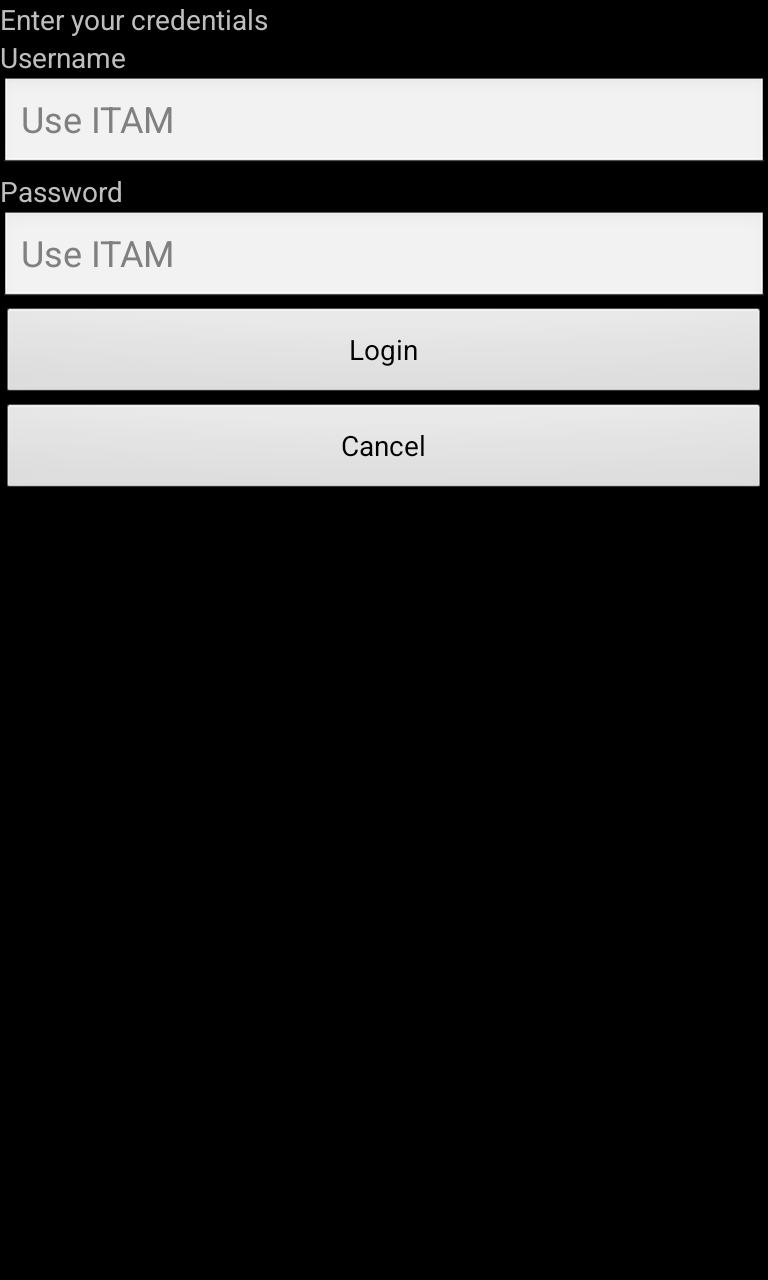
Repository: cogitovsmachina/Curso-Android-en-ITAM
Layout: SimpleLoginForm/res/layout/main.xml
These files come from the project's save history. The layout is drawn as it stood at one moment and after the next save; the edit follows.
It is drawn on a 768 x 1280 px phone screen (xhdpi) without system bars, with theme android:Theme; the app's code is not run.

Above is the layout before, as saved 2011-07-05 14:48:44.

### SimpleLoginForm/res/layout/main.xml
<?xml version="1.0" encoding="utf-8"?>
<LinearLayout xmlns:android="http://schemas.android.com/apk/res/android"
    android:orientation="vertical"
    android:layout_width="fill_parent"
    android:layout_height="fill_parent"
    >
<TextView
    android:layout_width="fill_parent"
    android:layout_height="wrap_content"
    android:text="@string/hello"
    />
<TextView
    android:layout_width="fill_parent"
    android:layout_height="wrap_content"
    android:text="Username"
    />
 <EditText
    android:layout_width="fill_parent"
    android:layout_height="wrap_content"
    android:hint="Use ITAM"
    android:id="@+id/username"
    />
<TextView
    android:layout_width="fill_parent"
    android:layout_height="wrap_content"
    android:text="Password"
    />
    <EditText
    android:layout_width="fill_parent"
    android:layout_height="wrap_content"
    android:hint="Use ITAM"
    android:id="@+id/password"
    />
<Button
    android:layout_width="fill_parent"
    android:layout_height="wrap_content"
    android:text="Login"
    android:id="@+id/loginbutton"
    />
<Button
    android:layout_width="fill_parent"
    android:layout_height="wrap_content"
    android:text="Cancel"
    android:id="@+id/cancelbutton"
    />
</LinearLayout>

### SimpleLoginForm/res/values/strings.xml
<?xml version="1.0" encoding="utf-8"?>
<resources>
    <string name="hello">Enter your credentials</string>
    <string name="app_name">SimpleLoginForm</string>
</resources>

After the next save:
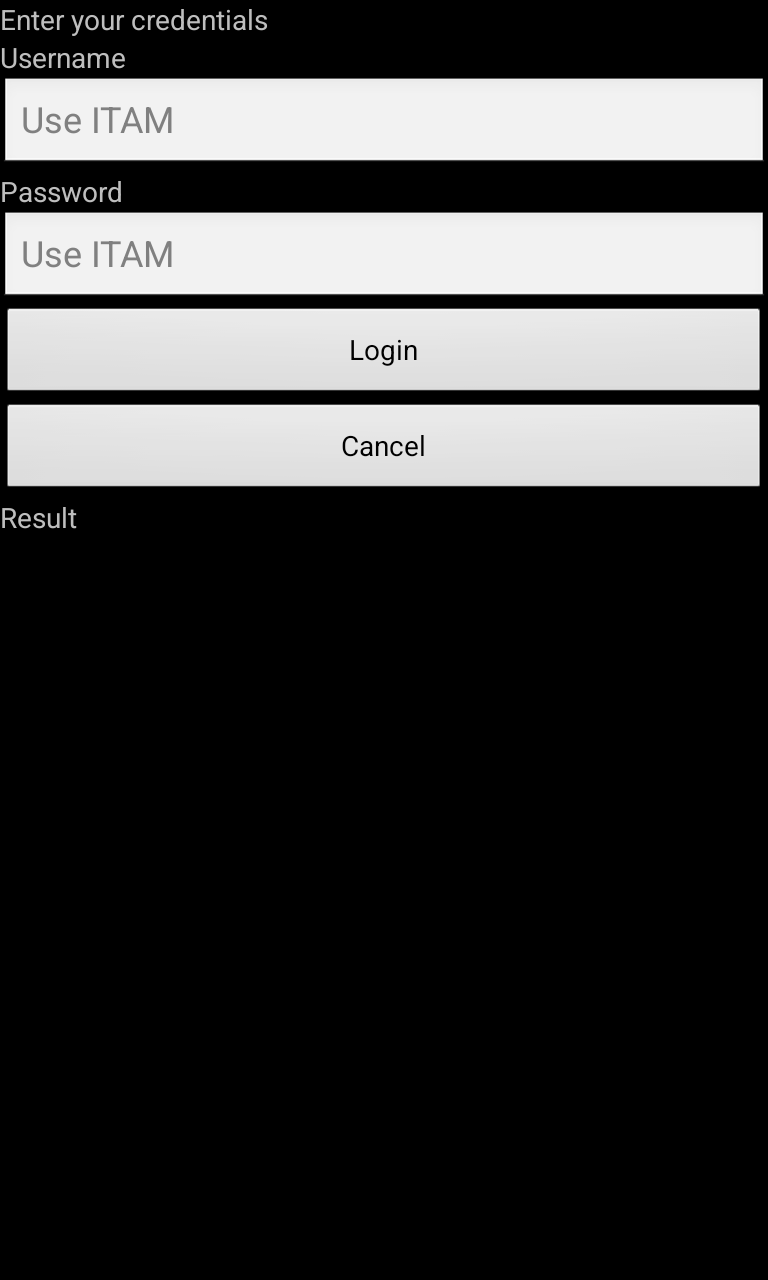
Saved 31 s later.
--- a/SimpleLoginForm/res/layout/main.xml
+++ b/SimpleLoginForm/res/layout/main.xml
@@ -43,4 +43,9 @@
     android:text="Cancel"
     android:id="@+id/cancelbutton"
     />
+    <TextView
+    android:layout_width="fill_parent"
+    android:layout_height="wrap_content"
+    android:text="Result"
+    />
 </LinearLayout>

After the save that followed:
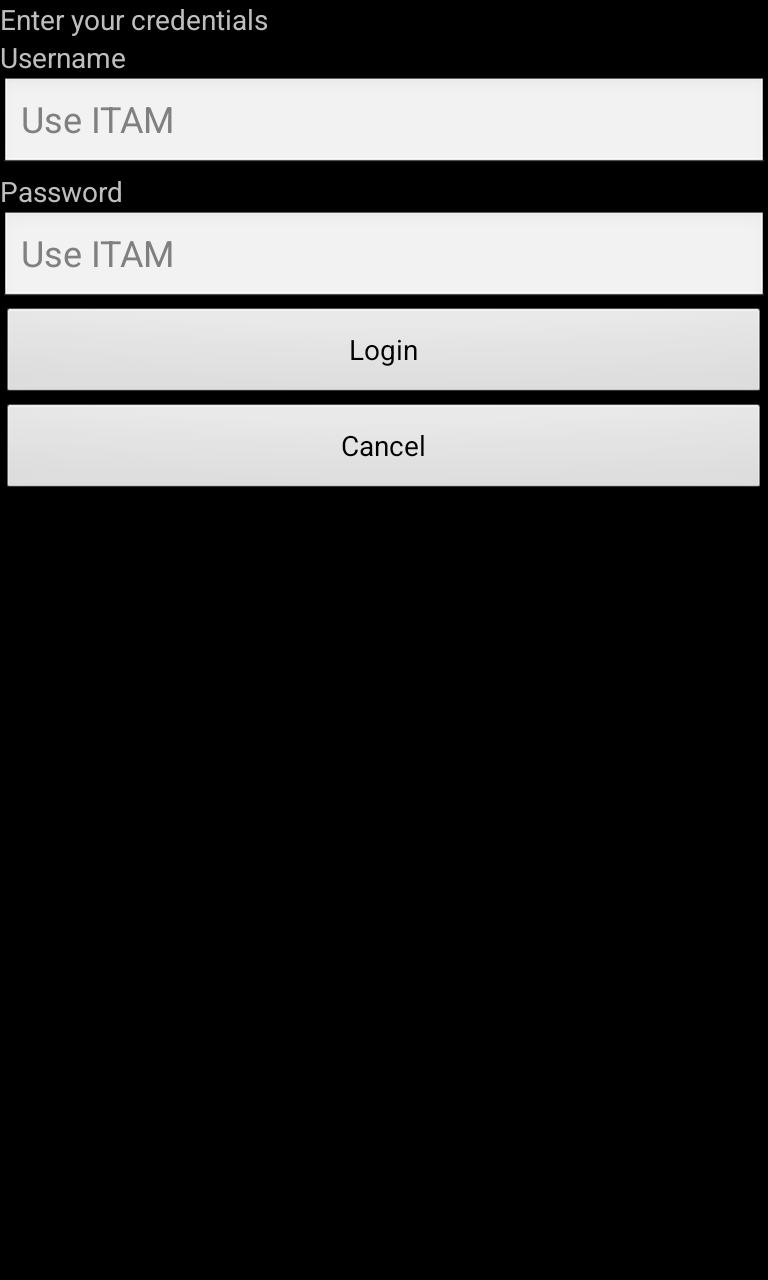
Saved 33 s later.
--- a/SimpleLoginForm/res/layout/main.xml
+++ b/SimpleLoginForm/res/layout/main.xml
@@ -46,6 +46,5 @@
     <TextView
     android:layout_width="fill_parent"
     android:layout_height="wrap_content"
-    android:text="Result"
     />
 </LinearLayout>
